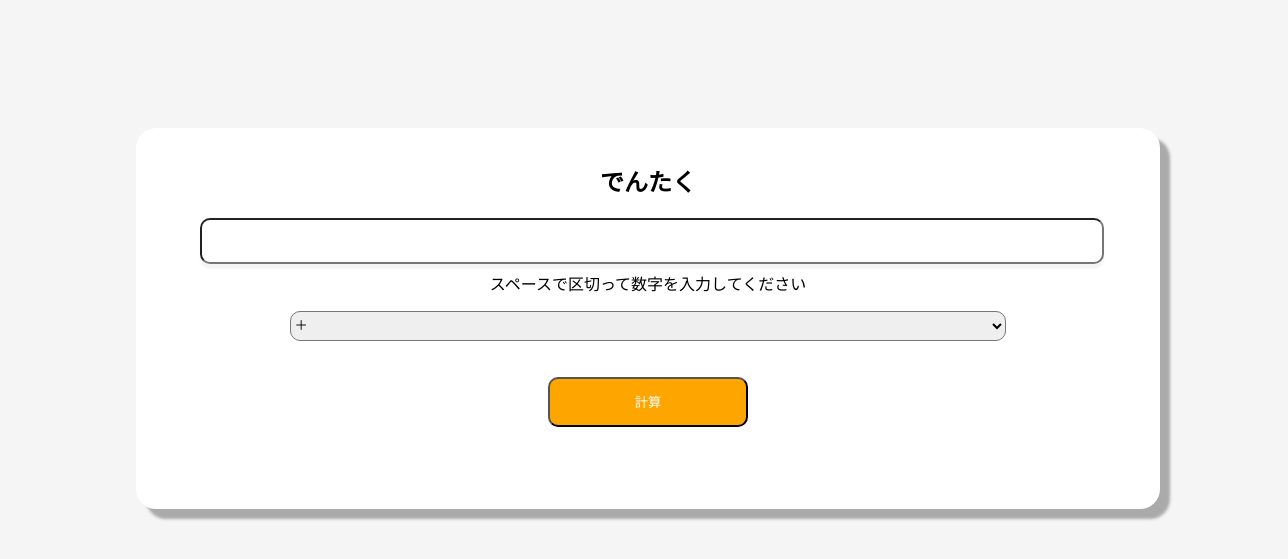
Repository: yuuukihara/test2
Page: http://localhost/dentaku2/
An editor plug-in stored every save of this project. The page is shown before and after the next save, followed by the edit.
The browser window is 1280 px wide. The page is 1288 px wide, so the pictures cover 1288 px, including what lies to the right of the window. The pictures show the whole page.
The page is served by Tomcat 9.

Above is the page before, as saved 2018-09-10 06:14:15.

After the next save:
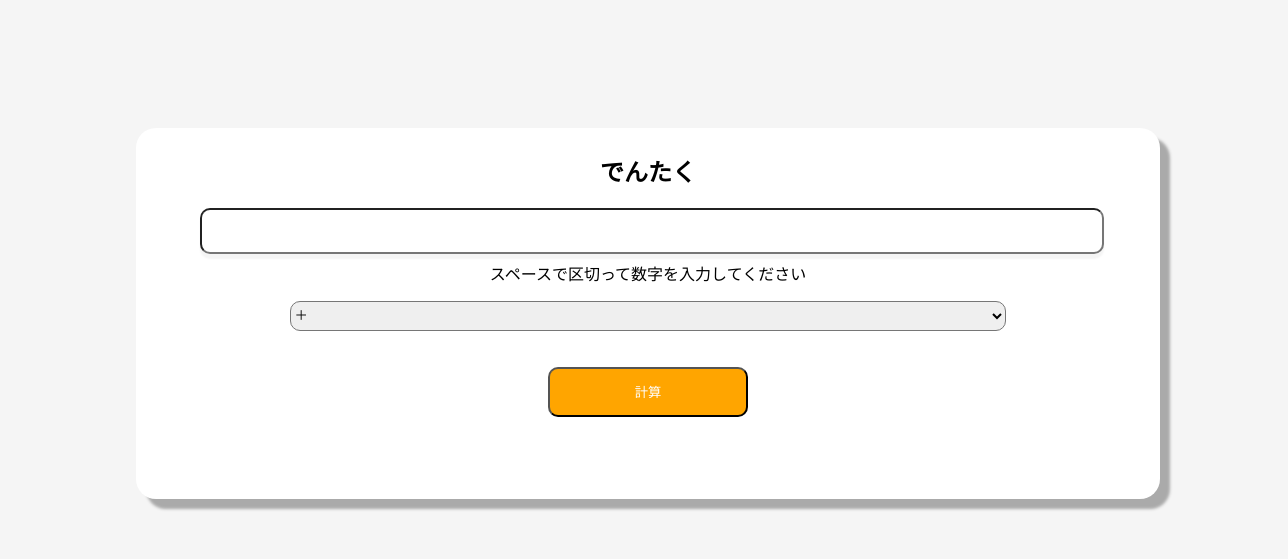
Saved 77 s later.
--- a/dentaku2/WebContent/css/Style.css
+++ b/dentaku2/WebContent/css/Style.css
@@ -9,7 +9,7 @@ body{
 	background-color:white;
 	text-align:center;
 	margin:10% 10%;
-	padding:15px 5% 5% 5%;
+	padding:5px 5% 5% 5%;
 	border-radius:20px;
 	box-shadow:10px 10px 3px #aaaaaa;
 
